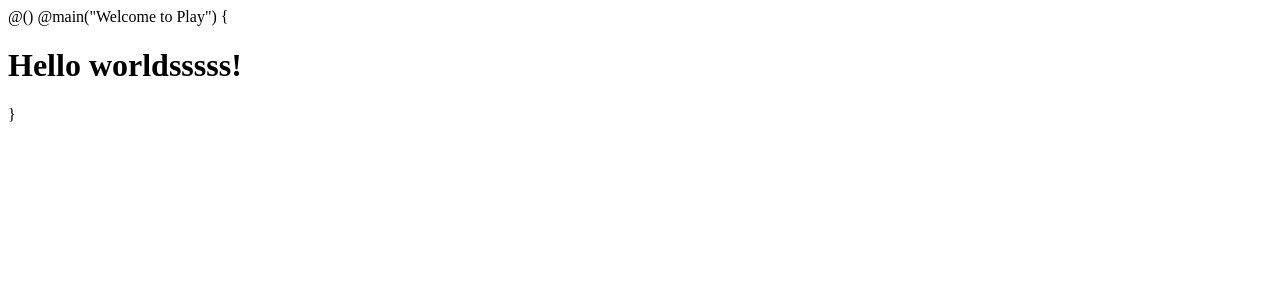
Repository: Leonope/ProjektMemory
Page: app/views/index.scala.html
These files come from the project's save history. The page is drawn as it stood at one moment and after the next save; the edit follows.
The browser window is 1280 px wide. The pictures show the whole page.

Above is the page before, as saved 2025-10-22 10:50:22.

### app/views/index.scala.html
@()

@main("Welcome to Play") {
  <h1>Hello worldsssss!</h1>
}

After the next save:
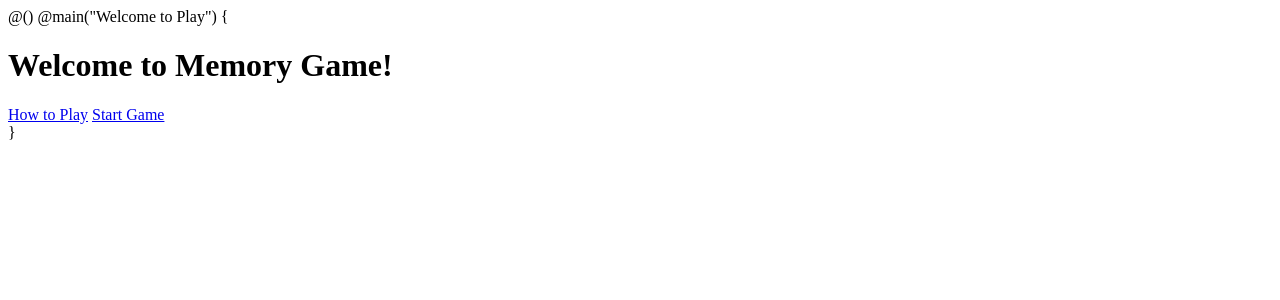
Saved 52 s later.
--- a/app/views/index.scala.html
+++ b/app/views/index.scala.html
@@ -1,5 +1,12 @@
 @()
 
 @main("Welcome to Play") {
-  <h1>Hello worldsssss!</h1>
+  <div class="welcome-container">
+    <h1>Welcome to Memory Game!</h1>
+
+    <div class="button-container">
+      <a href="@routes.HomeController.explanation()" class="game-button">How to Play</a>
+      <a href="@routes.GameController.game()" class="game-button">Start Game</a>
+    </div>
+  </div>
 }
